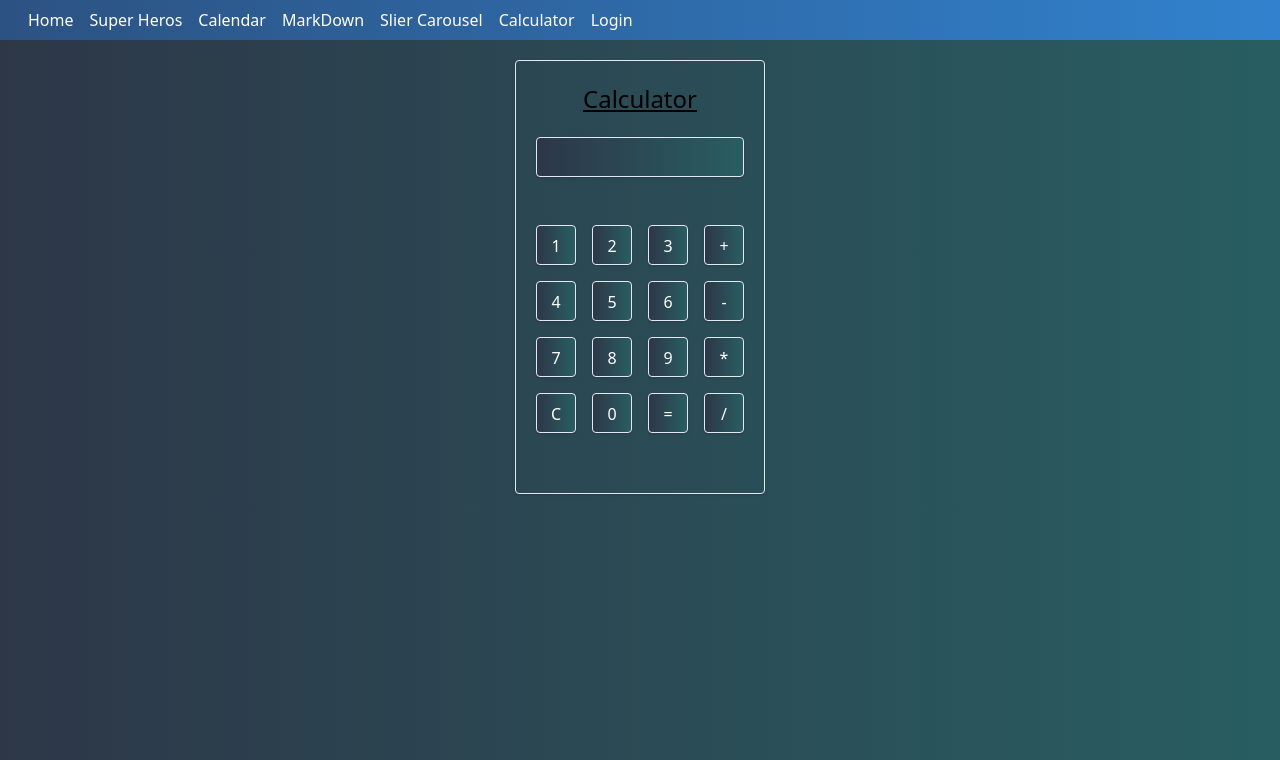
Repository: kshvkndl/VueFullCoursePractice
Page: /calculator
The author's editor kept a copy of each file at every save. The page is drawn from the files as they stood at one save, then again after the next save.
The browser window is 1280 px wide. The pictures show the whole page.
The project was rebuilt for these pictures with package versions that can differ from the ones it lists, and the page was loaded fresh each time. Also part of the build but not shown: src/components/login/GoogleLogin.vue, src/components/LoginModal.vue, src/pages/SuperHeros.vue, src/pages/Calender.vue, src/pages/Home.vue, src/utilities/mixins/debounce.js, src/pages/MarkDown.vue, src/pages/Slider.vue.

Above is the page before, as saved 2020-11-24 17:26:03.

### src/main.js
import { createApp } from 'vue'
import App from './App.vue'
import './assets/style.css'
import router from './router'

const app = createApp(App);
app.use(router);
app.mount('#app');

### src/App.vue
<template>
  <AppHeader
    :isLoggedIn="isLoggedIn"
    @open-login-modal="isLoginOpen = true"
  ></AppHeader>
  <div class="w-full flex">
    <router-view></router-view>
  </div>
  <LoginModal
    v-if="isLoginOpen"
    @close-login-modal="isLoginOpen = false"
  ></LoginModal>
  <calculator></calculator>
</template>

<script>
import AppHeader from "@/components/AppHeader";
import LoginModal from "@/components/LoginModal";
import firebase from "@/utilities/firebase";

export default {
  data() {
    return {
      isLoginOpen: false,
      isLoggedIn: false,
      authUser: {},
    };
  },
  mounted() {
    firebase.auth().onAuthStateChanged((user) => {
      if (user) {
        // User is signed in, see docs for a list of available properties
        // https://firebase.google.com/docs/reference/js/firebase.User
        this.isLoggedIn = true;
        this.authUser = user;
        // ...
      } else {
        // User is signed out
        // ...
        this.isLoggedIn = false;
        this.authUser = {};
      }
    });
  },
  components: { AppHeader, LoginModal },
};
</script>

### src/router.js
import { createRouter, createWebHistory } from 'vue-router';
import SuperHeros from '@/pages/SuperHeros'
import Calender from '@/pages/Calender'
import Home from '@/pages/Home'
import MarkDown from '@/pages/MarkDown'
import Slider from '@/pages/Slider'
import Calculator from '@/pages/Calculator'


const routes = [
    { path: '/', component: Home },
    { path: '/super-heros', component: SuperHeros },
    { path: '/calendar', component: Calender },
    { path: '/markdown', component: MarkDown },
    { path: '/slider', component: Slider },
    { path: '/calculator', component: Calculator },
]

const router = createRouter({
    history: createWebHistory(),
    routes,
});
export default router;

### src/components/AppHeader.vue
<template>
  <nav
    class="w-full bg-gradient-to-r from-blue-800 to-blue-600 text-white px-5 py-2"
  >
    <router-link
      class="mx-2"
      v-for="item in list"
      :key="item.to"
      :to="item.to"
      >{{ item.title }}</router-link
    >
    <button v-if="isLoggedIn" class="mx-2" @click="logout">Logout</button>
    <button class="mx-2" v-else @click="$emit('open-login-modal')">
      Login
    </button>
  </nav>
</template>


<script>
import firebase from "@/utilities/firebase";

export default {
  props: { isLoggedIn: Boolean },
  data() {
    return {
      list: [
        { title: "Home", to: "/" },
        { title: "Super Heros", to: "/super-heros" },
        { title: "Calendar", to: "/calendar" },
        { title: "MarkDown", to: "/markdown" },
        { title: "Slier Carousel", to: "/slider" },
        { title: "Calculator", to: "/calculator" },
      ],
    };
  },

  methods: {
    logout() {
      firebase.auth().signOut();
      // .then((res) => {})
      // .catch((e) => {});
    },
  },
};
</script>

### src/utilities/firebase.js
import firebase from "firebase/app";
import "firebase/auth";

//Initialize Firebase in your app:
const firebaseConfig = {
    apiKey: "AIzaSyDjvIW3oj4Y3b7An_zw7nLTcy3s7ri5iV8",
    authDomain: "vue3-10hr-course.firebaseapp.com",
    databaseURL: "https://vue3-10hr-course.firebaseio.com",
    projectId: "vue3-10hr-course",
    storageBucket: "vue3-10hr-course.appspot.com",
    messagingSenderId: "142849199726",
    appId: "1:142849199726:web:1e3863fc8388efd1ade07f"
};

// Initialize Firebase
firebase.initializeApp(firebaseConfig);

export default firebase;

### src/pages/Calculator.vue
<template>
  <section
    class="flex w-full h-screen bg-gradient-to-r from-gray-800 to-teal-800"
  >
    <div class="m-auto border rounded shadow p-5 mt-5">
      <h1 class="text-2xl text-center"><u>Calculator</u></h1>
      <p
        class="text-2xl text-right mt-5 mb-2 border rounded shadow w-45 h-10 p-1 overflow-x-hidden text-white bg-gradient-to-r from-gray-800 to-teal-800"
        style="direction: rtl"
      >
        {{ currentNum }}
      </p>

      <div class="h-10">
        <small> {{ prevNum }} {{ selectedOperation }} {{ currentNum }} </small>
      </div>

      <div class="mb-10 grid grid-cols-4 gap-4">
        <button
          @click="buttonPressed('1')"
          class="p-2 border shadow w-10 h-10 rounded text-white bg-gradient-to-r from-gray-800 to-teal-800"
        >
          1
        </button>
        <button
          @click="buttonPressed('2')"
          class="p-2 border shadow w-10 h-10 rounded text-white bg-gradient-to-r from-gray-800 to-teal-800"
        >
          2
        </button>
        <button
          @click="buttonPressed('3')"
          class="p-2 border shadow w-10 h-10 rounded text-white bg-gradient-to-r from-gray-800 to-teal-800"
        >
          3
        </button>
        <button
          @click="buttonPressed('+')"
          class="p-2 border shadow w-10 h-10 rounded text-white bg-gradient-to-r from-gray-800 to-teal-800"
        >
          +
        </button>
        <button
          @click="buttonPressed('4')"
          class="p-2 border shadow w-10 h-10 rounded text-white bg-gradient-to-r from-gray-800 to-teal-800"
        >
          4
        </button>
        <button
          @click="buttonPressed('5')"
          class="p-2 border shadow w-10 h-10 rounded text-white bg-gradient-to-r from-gray-800 to-teal-800"
        >
          5
        </button>
        <button
          @click="buttonPressed('6')"
          class="p-2 border shadow w-10 h-10 rounded text-white bg-gradient-to-r from-gray-800 to-teal-800"
        >
          6
        </button>
        <button
          @click="buttonPressed('-')"
          class="p-2 border shadow w-10 h-10 rounded text-white bg-gradient-to-r from-gray-800 to-teal-800"
        >
          -
        </button>
        <button
          @click="buttonPressed('7')"
          class="p-2 border shadow w-10 h-10 rounded text-white bg-gradient-to-r from-gray-800 to-teal-800"
        >
          7
        </button>
        <button
          @click="buttonPressed('8')"
          class="p-2 border shadow w-10 h-10 rounded text-white bg-gradient-to-r from-gray-800 to-teal-800"
        >
          8
        </button>
        <button
          @click="buttonPressed('9')"
          class="p-2 border shadow w-10 h-10 rounded text-white bg-gradient-to-r from-gray-800 to-teal-800"
        >
          9
        </button>
        <button
          @click="buttonPressed('*')"
          class="p-2 border shadow w-10 h-10 rounded text-white bg-gradient-to-r from-gray-800 to-teal-800"
        >
          *
        </button>
        <button
          @click="buttonPressed('c')"
          class="p-2 border shadow w-10 h-10 rounded text-white bg-gradient-to-r from-gray-800 to-teal-800"
        >
          C
        </button>
        <button
          @click="buttonPressed('0')"
          class="p-2 border shadow w-10 h-10 rounded text-white bg-gradient-to-r from-gray-800 to-teal-800"
        >
          0
        </button>
        <button
          @click="buttonPressed('=')"
          class="p-2 border shadow w-10 h-10 rounded text-white bg-gradient-to-r from-gray-800 to-teal-800"
        >
          =
        </button>
        <button
          @click="buttonPressed('/')"
          class="p-2 border shadow w-10 h-10 rounded text-white bg-gradient-to-r from-gray-800 to-teal-800"
        >
          /
        </button>
      </div>
    </div>
  </section>
</template>

<script>
import { onMounted, onUnmounted, ref } from "vue";
export default {
  setup() {
    const currentNum = ref("");
    const prevNum = ref("");
    const selectedOperation = ref("");
    const operations = ["+", "-", "*", "/"];
    const numbers = ["1", "2", "3", "4", "5", "6", "7", "8", "9", "0"];

    function buttonPressed(value) {
      if (value === "=" || value === "Enter") calculate();

      if (value === "c") clear();
      else if (operations.includes(value)) applyOperation(value);
      else if (numbers.includes(value)) appendNumber(value);
    }

    function appendNumber(value) {
      currentNum.value = currentNum.value + value;
    }

    function applyOperation(value) {
      calculate();
      prevNum.value = currentNum.value;
      currentNum.value = "";
      selectedOperation.value = value;
    }

    function calculate() {
      if (selectedOperation.value === "+") sum();
      else if (selectedOperation.value === "-") subtract();
      else if (selectedOperation.value === "*") multiply();
      else if (selectedOperation.value === "/") divide();

      prevNum.value = "";
      selectedOperation.value = "";
    }
    const sum = () => (currentNum.value = +prevNum.value + +currentNum.value);
    const subtract = () =>
      (currentNum.value = prevNum.value - currentNum.value);
    const multiply = () =>
      (currentNum.value = prevNum.value * currentNum.value);
    const divide = () => (currentNum.value = prevNum.value / currentNum.value);

    const clear = () => (currentNum.value = "");

    const handleKeydown = (e) => buttonPressed(e.key);

    onMounted(() => window.addEventListener("keydown", handleKeydown));

    onUnmounted(() => window.removeEventListener("keydown", handleKeydown));

    return {
      currentNum,
      buttonPressed,
      selectedOperation,
      prevNum,
    };
  },
};
</script>

Loaded but not shown: public/index.html (common file); src/assets/style.css (common file); tailwind.config.js (common file)

After the next save:
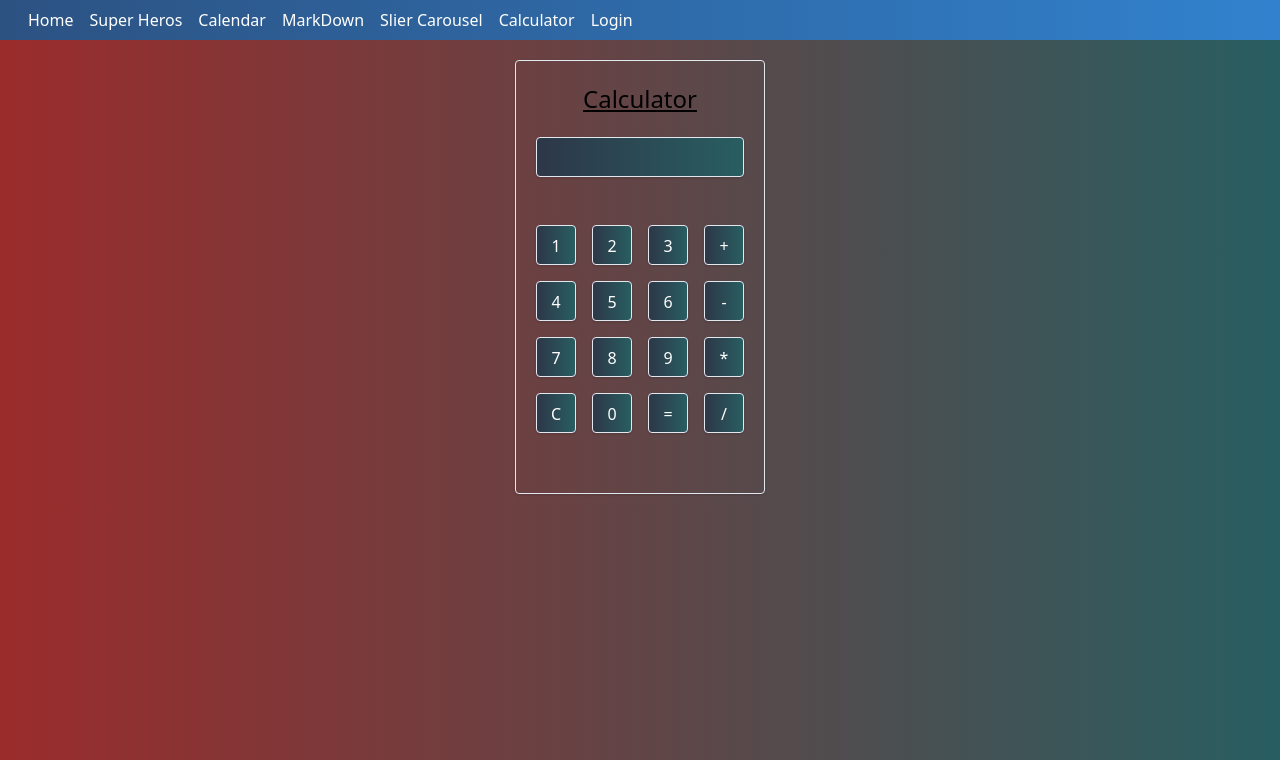
Saved 9 s later.
--- a/src/pages/Calculator.vue
+++ b/src/pages/Calculator.vue
@@ -1,6 +1,6 @@
 <template>
   <section
-    class="flex w-full h-screen bg-gradient-to-r from-gray-800 to-teal-800"
+    class="flex w-full h-screen bg-gradient-to-r from-red-800 to-teal-800"
   >
     <div class="m-auto border rounded shadow p-5 mt-5">
       <h1 class="text-2xl text-center"><u>Calculator</u></h1>
